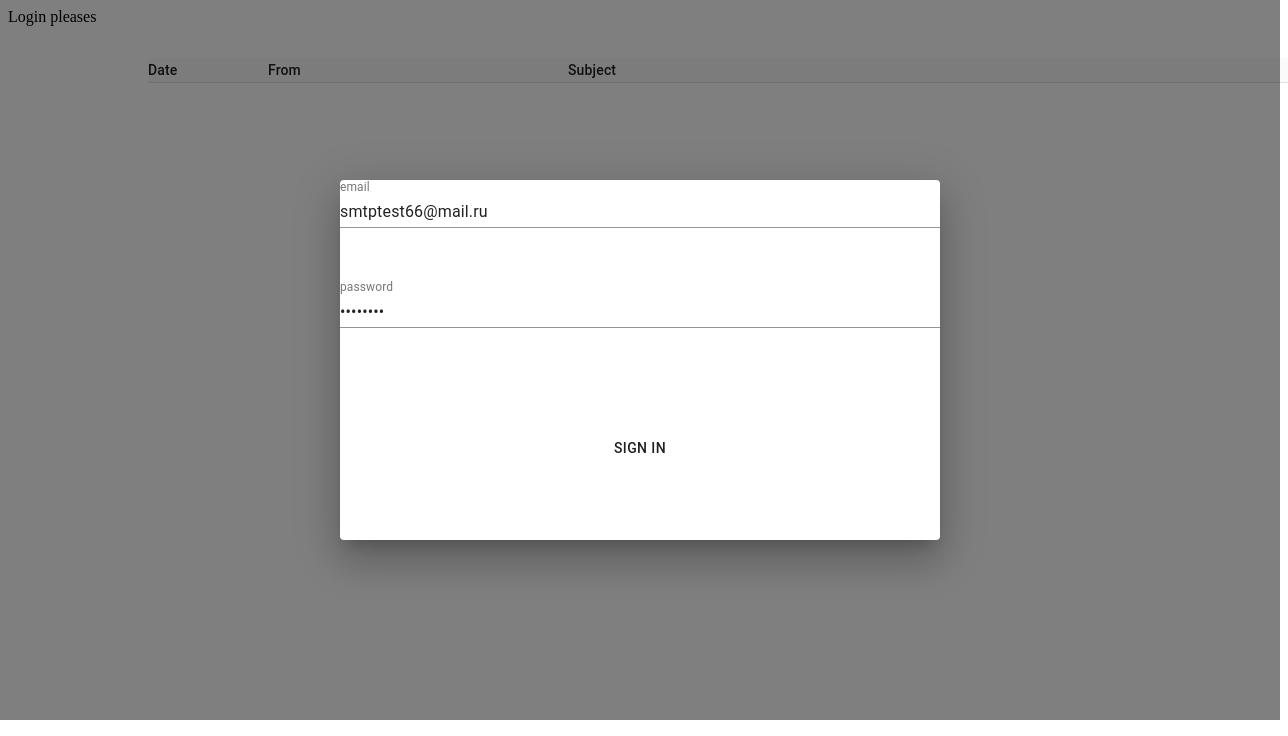
Repository: atakhanovrodion/mailclient
Page: / (app in client/)
These files come from the project's save history. The page is drawn as it stood at one moment and after the next save; the edit follows.
The browser window is 1280 px wide. The page is 1288 px wide, so the pictures cover 1288 px, including what lies to the right of the window. The pictures show the whole page.
The project was rebuilt for these pictures with package versions that can differ from the ones it lists, and the page was loaded fresh each time. Also part of the build but not shown: client/webpack.config.js.

Above is the page before, as saved 2021-03-16 09:51:37.

### client/src/index.html
<!DOCTYPE html>
<html lang="en">
  <head>
    <title>MAILCLIENT</title>
  </head>
  <body>
    <div id="root"></div>
  </body>
</html>

### client/src/main.tsx
import * as React from "react";
import * as ReactDOM from "react-dom";

//import "normalize.css";
import "./css/main.css";

import BaseLayout from "./components/BaseLayout";

const baseComponent = ReactDOM.render(
  <BaseLayout />,
  document.getElementById("root")
);

### client/src/css/main.css
.appContainer {
  display: grid;
  grid-template-columns: 140px 1fr;
  grid-template-rows: 50px 1fr;
  width: 100vw;
  height: 100vh;
}
.header {
  grid-column: 1 / 3;
}

.listOfMailboxes {
  grid-column: 1 / 2;
  grid-row: 2 / 2;
}

.loginForm {
  display: grid;
  grid-template-columns: 200px 1f;
  grid-template-rows: 100px 150px 1fr;
}

### client/src/components/BaseLayout.tsx
import * as React from "react";
import Login from "./Login";
import * as api from "../api";
import Header from "./Header";
import ListOfMailboxes from "./ListOfMailboxes";
import ListOfMessages from "./ListOfMessages";
import WaitView from "./WaitView";
type MyState = {
  isAuth: false;
  loginEmail: string;
  loginPassword: string;
  currenEmail: string;
  currentPassword: string;
  listOfMailboxes: api.IMailbox[];
  listOfMessages: api.IMessage[];
  currentHost: string;
  currentMailboxList: [];
  currentMessageBody: string;
  currentMailbox: string;
  waitState: boolean;
};

class BaseLayout extends React.Component {
  constructor(props: any) {
    super(props);
    this.handleInput = this.handleInput.bind(this);
    this.tryAuth = this.tryAuth.bind(this);
    this.signOut = this.signOut.bind(this);
    this.getMailbox = this.getMailbox.bind(this);
    this.getMessage = this.getMessage.bind(this);
  }
  state: MyState = {
    isAuth: false,
    loginEmail: "smtptest66@mail.ru",
    loginPassword: "imap1488",
    currenEmail: "undefined",
    currentPassword: "",
    listOfMailboxes: [],
    listOfMessages: [],
    currentHost: "",
    currentMailboxList: [],
    currentMessageBody: "",
    currentMailbox: "INBOx",
    waitState: false,
  };
  render() {
    return (
      <div>
        <Login
          onSubmit={this.tryAuth}
          onChange={this.handleInput}
          isOpen={this.state.isAuth}
          user={this.state.loginEmail}
          pass={this.state.loginPassword}
        />
        <WaitView state={this.state.waitState} />

        <div className="appContainer">
          <div className="header">
            <Header
              onClick={this.signOut}
              currentEmail={this.state.currenEmail}
              isAuth={this.state.isAuth}
            />
          </div>
          <div className="listOfMailboxes">
            <ListOfMailboxes
              mailboxes={this.state.listOfMailboxes}
              onClick={this.getMailbox}
            />
          </div>
          <div className="centerArea">
            {" "}
            <ListOfMessages
              messages={this.state.listOfMessages}
              onClick={this.getMessage}
            />
            {this.state.currentMessageBody}{" "}
          </div>
        </div>
      </div>
    );
  }

  handleInput(e: any): void {
    const target: string = e.target.id;
    this.setState({ [target]: e.target.value });
  }

  async tryAuth(): Promise<void> {
    let domain: string = findDomain(this.state.loginEmail);
    const info: api.IAuthInfo = {
      user: this.state.loginEmail,
      password: this.state.loginPassword,
      host: "imap." + domain,
      port: 993,
    };
    this.setState({
      waitState: true,
    });
    const apiWorker = new api.Worker();
    if ((await apiWorker.tryAuth(info)) == "succes") {
      const data = {
        loginEmail: "",
        loginPassword: "",
        isAuth: true,
        currenEmail: this.state.loginEmail,
        currentPassword: this.state.loginPassword,
        currentHost: domain,
      };
      this.setState(data);
      console.log(this.state);
      this.getListOfMailboxes();
      //TODO
      this.getMailbox("INBOx");
    }
    this.setState({ loginEmail: "", loginPassword: "", waitState: false });
  }

  async getListOfMailboxes(): Promise<void> {
    this.setState({
      waitState: true,
    });
    const apiWorker = new api.Worker();
    const mailboxes = await apiWorker.listOfMailboxes();
    this.setState({ listOfMailboxes: mailboxes, waitState: false });
  }

  async getMailbox(path: string): Promise<void> {
    this.setState({
      waitState: true,
    });
    const apiWorker: api.Worker = new api.Worker();
    const messages: api.IMessage[] = await apiWorker.getMailbox(path);
    this.setState({
      listOfMessages: messages,
      currentMailbox: path,
      waitState: false,
    });
    console.log(this.state);
  }

  async getMessage(message: api.IMessage): Promise<void> {
    this.setState({
      waitState: true,
    });
    const apiWorker: api.Worker = new api.Worker();
    const messageBody: string = await apiWorker.getMessage(
      this.state.currentMailbox,
      message.id.toString()
    );
    this.setState({
      currentMessageBody: messageBody,
      waitState: false,
    });
  }

  signOut(): void {
    this.setState({
      isAuth: false,
      listOfMailboxes: [],
      listOfMessages: [],
    });
  }
}
export default BaseLayout;

//TODO
//email validation
function findDomain(address: string): string {
  let i = 0;
  let domain = "";
  while (i < address.length) {
    if (address[i] == "@") {
      if (address[i + 1]) {
        let j = i + 1;
        while (j < address.length) {
          domain += address[j];
          j++;
        }
      }
    }
    i++;
  }
  return domain;
}

### client/src/components/Login.tsx
import React from "react";
import { withStyles } from "@material-ui/styles";
import Dialog from "@material-ui/core/Dialog";
import TextField from "@material-ui/core/TextField";
import Button from "@material-ui/core/Button";

type Props = {
  onSubmit: any;
  onChange: any;
  isOpen: boolean;
  user: string;
  pass: string;
  classes: any;
};

const styles = {
  dialogPaper: {
    minHeight: "50vh",
    maxHeight: "80vh",
  },
};

const Login: React.FC<Props> = ({
  onSubmit,
  onChange,
  isOpen,
  user,
  pass,
  classes,
}) => {
  return (
    <Dialog
      open={!isOpen}
      disableBackdropClick={true}
      disableEscapeKeyDown={true}
      fullWidth={true}
      classes={{ paper: classes.dialogPaper }}
    >
      <form className="loginForm">
        <TextField
          id="loginEmail"
          onChange={onChange}
          label="email"
          value={user}
        />
        <TextField
          id="loginPassword"
          onChange={onChange}
          label="password"
          type="password"
          value={pass}
        />
        <Button onClick={onSubmit}>Sign in</Button>
      </form>
    </Dialog>
  );
};

export default withStyles(styles)(Login);

### client/src/api.ts
import axios, { AxiosResponse } from "axios";

export interface IAuthInfo {
  host: string;
  port: number;
  user: string;
  password: string;
}
export interface IMailbox {
  name: string;
  path: string;
}
export interface IMessage {
  id: number;
  from: string;
  subject: string;
  date: string;
  body?: string;
}

export class Worker {
  public async tryAuth(info: IAuthInfo): Promise<string> {
    const response: AxiosResponse = await axios.post(
      "http://localhost:3001/auth",
      info
    );
    return response.data;
  }
  public async listOfMailboxes(): Promise<IMailbox[]> {
    const response: AxiosResponse = await axios.get(
      "http://localhost:3001/mailboxes"
    );
    return response.data;
  }
  public async getMailbox(mailbox: string): Promise<IMessage[]> {
    const response: AxiosResponse = await axios.get(
      `http://localhost:3001/mailboxes/${mailbox}`
    );
    return response.data;
  }
  public async getMessage(mailbox: string, id: string): Promise<string> {
    const response: AxiosResponse = await axios.get(
      `http://localhost:3001/mailboxes/${mailbox}/${id}`
    );
    return response.data;
  }
}

### client/src/components/Header.tsx
import React from "react";
import Button from "@material-ui/core/Button";
type Props = {
  onClick: any;
  currentEmail: string;
  isAuth: boolean;
};

const Header: React.FC<Props> = ({ onClick, currentEmail, isAuth }) => {
  return (
    <div>
      {isAuth == true ? (
        <div>
          Your email:{currentEmail}
          <Button onClick={onClick}>Sign out</Button>
        </div>
      ) : (
        <div>Login pleases </div>
      )}
    </div>
  );
};
export default Header;

### client/src/components/ListOfMailboxes.tsx
import React from "react";
import { IMailbox } from "../api";
import Chip from "@material-ui/core/Chip";
import List from "@material-ui/core/List";
type Props = {
  mailboxes: IMailbox[];
  onClick: any;
};

const listOfMailboxes: React.FC<Props> = ({ mailboxes, onClick }) => {
  return (
    <List>
      {mailboxes.map((value) => {
        return (
          <Chip
            onClick={() => {
              onClick(value.path);
            }}
            label={`${value.name}`}
          />
        );
      })}
    </List>
  );
};
export default listOfMailboxes;

### client/src/components/ListOfMessages.tsx
import React from "react";
import { IMessage } from "../api";

import Table from "@material-ui/core/Table";
import TableBody from "@material-ui/core/TableBody";
import TableCell from "@material-ui/core/TableCell";
import TableHead from "@material-ui/core/TableHead";
import TableRow from "@material-ui/core/TableRow";

type Props = {
  messages: IMessage[];
  onClick: any;
};

const ListOfMessages: React.FC<Props> = ({ messages, onClick }) => (
  <Table stickyHeader padding="none">
    <TableHead>
      <TableRow>
        <TableCell style={{ width: 120 }}>Date</TableCell>
        <TableCell style={{ width: 300 }}>From</TableCell>
        <TableCell>Subject</TableCell>
      </TableRow>
    </TableHead>
    <TableBody>
      {messages.map((message) => (
        <TableRow
          onClick={() => {
            onClick(message);
          }}
          key={message.id}
        >
          <TableCell>{new Date(message.date).toLocaleDateString()}</TableCell>
          <TableCell>{message.from}</TableCell>
          <TableCell>{message.subject}</TableCell>
        </TableRow>
      ))}
    </TableBody>
  </Table>
); /* Mailboxes. */

export default ListOfMessages;

### client/src/components/WaitView.tsx
import React from "react";

import Dialog from "@material-ui/core/Dialog";
import DialogContent from "@material-ui/core/DialogContent";
import DialogContentText from "@material-ui/core/DialogContentText";

type Props = {
  state: boolean;
};

const WaitView: React.FC<Props> = ({ state }) => {
  return (
    <Dialog
      open={state}
      disableBackdropClick={true}
      disableEscapeKeyDown={true}
      transitionDuration={0}
    >
      <DialogContent>
        <DialogContentText>Please wait...</DialogContentText>
      </DialogContent>
    </Dialog>
  );
};

export default WaitView;

After the next save:
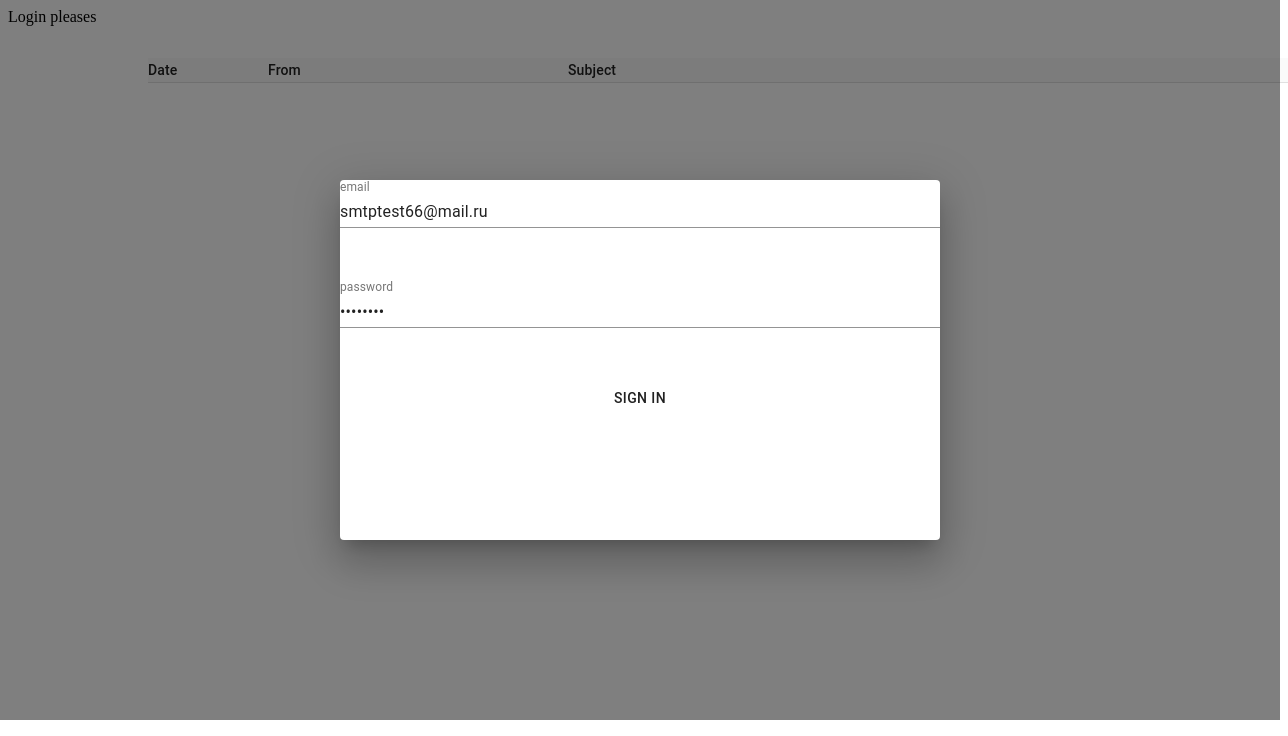
Saved 21 s later.
--- a/client/src/css/main.css
+++ b/client/src/css/main.css
@@ -17,5 +17,5 @@
 .loginForm {
   display: grid;
   grid-template-columns: 200px 1f;
-  grid-template-rows: 100px 150px 1fr;
+  grid-template-rows: 100px 100px 1fr;
 }
